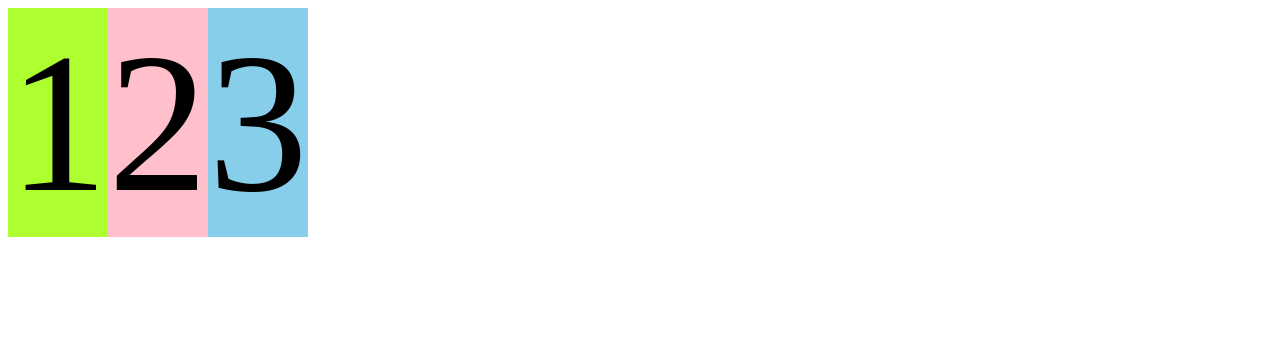
Repository: Germtao/Web
Page: web_css/css_浮动.html
These files come from the project's save history. The page is drawn as it stood at one moment and after the next save; the edit follows.
The browser window is 1280 px wide. The pictures show the whole page.

Above is the page before, as saved 2020-10-29 17:46:16.

### web_css/css_浮动.html
<!DOCTYPE html>
<html lang="en">

<head>
  <meta charset="UTF-8">
  <meta name="viewport" content="width=device-width, initial-scale=1.0">
  <title>css-浮动</title>

  <!-- <style type="text/css">
    span {
      font-size: 100px;
    }
  </style> -->

  <!-- 行内元素和块级元素 -->
  <!-- 行内元素和块级元素的区别：
    行内元素：
      - 与其他行内元素并排
      - 不能设置宽、高。默认的宽度，就是文字的宽度
    块级元素：
      - 霸占一行，不能与其他任何元素并列
      - 能接受宽、高。如果不设置宽度，那么宽度将默认变为父亲的100%
   -->
  <!-- <style type="text/css">
    h1 {
      background-color: pink;
      width: 500px;
      height: 80px;
    }

    span {
      display: block;
      background: red;
      /* 设置无效 */
      width: 500px;
      height: 80px;
    }

    div {
      display: inline;
      background-color: pink;
      width: 500px;
      height: 80px;
    }
  </style> -->

  <!-- css中一共有三种手段，使一个元素脱离标准文档流：
    1. 浮动
    2. 绝对定位
    3. 固定定位
   -->
  <!-- <style type="text/css">
    .box1 {
      float: left;
      width: 200px;
      height: 200px;
      background-color: yellowgreen;
    }

    .box2 {

      width: 300px;
      height: 300px;
      background-color: skyblue;
    }
  </style> -->

  <!-- 性质2：浮动的元素互相贴靠 -->
  <style type="text/css">
    div {
      font-size: 200px;
    }

    .div1 {
      float: left;
      background-color: greenyellow;
    }

    .div2 {
      float: left;
      background-color: pink;
    }

    .div3 {
      float: left;
      background-color: skyblue;
    }
  </style>
</head>

<body>
  <!-- <p>
    哈哈
    <span>王者荣耀</span>
    哈哈哈哈哈哈哈
    <img src="http://img.smyhvae.com/20170729_1445.png" alt="">
    <img src="http://img.smyhvae.com/20170729_1502.png" alt="">
  </p> -->

  <!-- 行内元素和块级元素 -->
  <!-- <h1>内容1</h1>
  <h1>内容2</h1>

  <span>内容3</span>
  <span>内容4</span>

  <div>我是大标题</div> -->

  <!-- 浮动 -->
  <!-- <div class="box1"></div>
  <div class="box2"></div> -->

  <!-- 性质2：浮动的元素互相贴靠 -->
  <div class="div1">1</div>
  <div class="div2">2</div>
  <div class="div3">3</div>
</body>

</html>

After the next save:
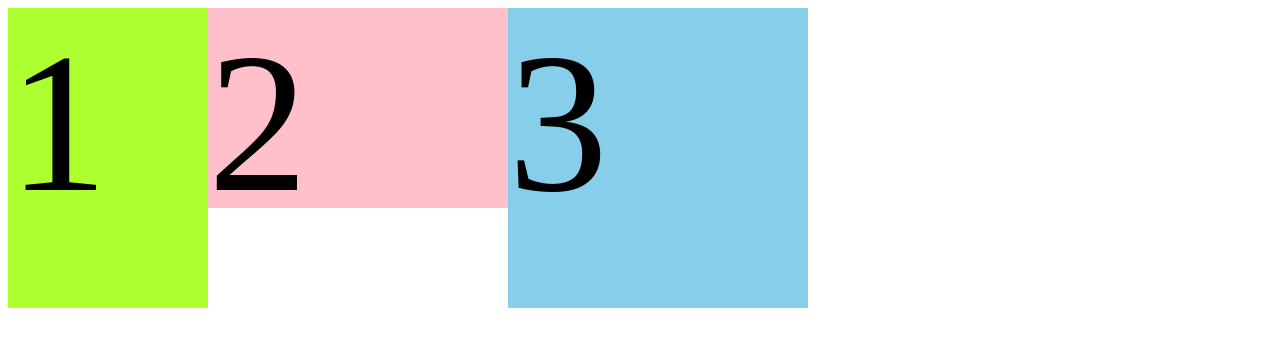
Saved 70 s later.
--- a/web_css/css_浮动.html
+++ b/web_css/css_浮动.html
@@ -74,16 +74,22 @@
     .div1 {
       float: left;
       background-color: greenyellow;
+      width: 200px;
+      height: 300px;
     }
 
     .div2 {
       float: left;
       background-color: pink;
+      width: 300px;
+      height: 200px;
     }
 
     .div3 {
       float: left;
       background-color: skyblue;
+      width: 300px;
+      height: 300px;
     }
   </style>
 </head>
